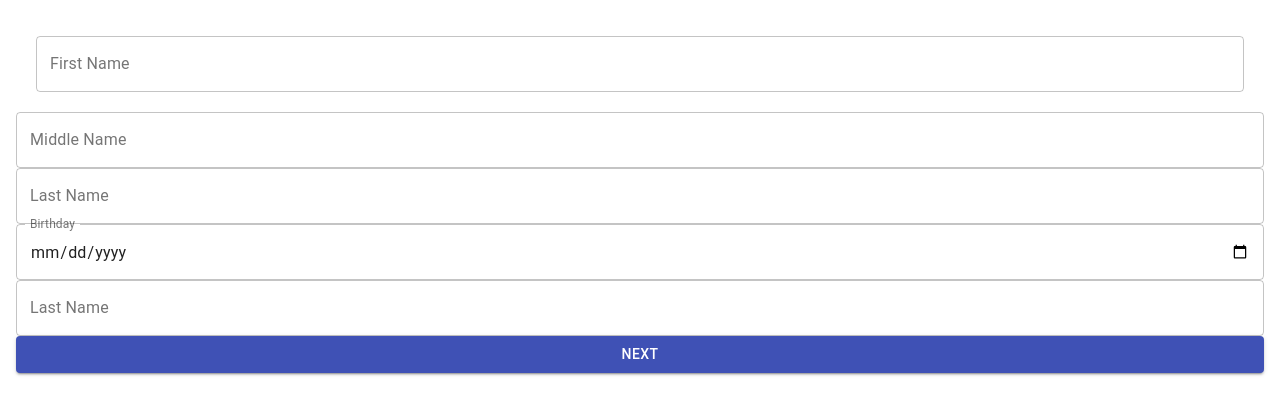
Repository: chathuraedirisingh/rr
Page: /
These files come from the project's save history. The page is drawn as it stood at one moment and after the next save; the edit follows.
The browser window is 1280 px wide. The pictures show the whole page.
The project was rebuilt for these pictures with package versions that can differ from the ones it lists, and the page was loaded fresh each time.

Above is the page before, as saved 2019-12-18 00:57:35.

### src/App.js
import React, { Component } from 'react'
import UserForm from './components/UserForm'

export default class App extends Component {
  render() {
    return (
      <UserForm />
    )
  }
}

### src/components/UserForm.js
import React, { Component } from 'react'
import FormPersonalDetails from './FormPersonalDetails';

export default class UserForm extends Component {
    state = {
        step: 1,
        firstname: "",
        middlename: "",
        lastname: "",
        birthday: '',
        ssn: "",
        email: "",
        phone: "",
        address: "",
        city: "",
        state: "",
        zip: "",
        employed: "",
        employer_name: "",
        job_title: "",
        emp_phone: "",
        income: "",
        start_date: "",
        income_ext: ""
    };

    nextStep = () => {
        const { step } = this.state;
        this.setState({
            step: step + 1
        });
        console.log(this.state);
    };

    prevStep = () => {
        const { step } = this.state;
        this.setState({
            step: step + 1
        });
    };

    handleChange = input => e => {
        this.setState({
            [input]: e.target.value
        });
    };

    render() {
        const { step } = this.state;
        const {
            firstname,
            middlename,
            lastname,
            birthday,
            ssn,

            email,
            phone,
            address,
            city,
            state,
            zip,

            employed,
            employer_name,
            job_title,
            emp_phone,
            income,
            start_date,
            income_ext
        } = this.state;

        const values = {
            firstname,
            middlename,
            lastname,
            birthday,
            ssn,
            email,
            phone,
            address,
            city,
            state,
            zip,
            employed,
            employer_name,
            job_title,
            emp_phone,
            income,
            start_date,
            income_ext
        };

        switch (step) {
            case 1:
                return (
                    <FormPersonalDetails
                        nextStep={this.nextStep}
                        handleChange={this.handleChange}
                        values={values}
                    />
                )
        }

        return (
            <div>

            </div>
        )
    }
}

### src/components/FormPersonalDetails.js
import React, { Component, Fragment, useState } from "react";
import { Button, TextField, Container, Box } from "@material-ui/core";


export default class FormPersonalDetails extends Component {
    continue = e => {
        e.preventDefault();
        this.props.nextStep();
    };

    render() {

        const { values, handleChange } = this.props;
        return (
            <Fragment>
                <div style={{ width: '100%' }}>
                    <Box display="flex"
                        flexDirection="column"
                        p={1} m={1}
                        bgcolor="background.paper">
                        <TextField
                            style={{margin: 20}}
                            label="First Name"
                            variant="outlined"
                            onChange={handleChange('firstname')}
                            defaultValue={values.firstname} />
                        <TextField

                            label="Middle Name"
                            variant="outlined"
                            onChange={handleChange('middlename')}
                            defaultValue={values.firstname} />
                        <TextField

                            label="Last Name"
                            variant="outlined"
                            onChange={handleChange('lastname')}
                            defaultValue={values.firstname} />
                        <TextField

                            id="date"
                            type="date"
                            label="Birthday"
                            variant="outlined"
                            onChange={handleChange('birthday')}
                            defaultValue={values.birthday}
                            InputLabelProps={{
                                shrink: true,
                            }} />

                        <TextField

                            // id="outlined-basic"
                            label="Last Name"
                            variant="outlined"
                            onChange={handleChange('ssn')}
                            defaultValue={values.ssn} />
                        <Button

                            variant="contained"
                            color="primary"
                            href="#contained-buttons"
                            onClick={this.continue} >Next</Button>
                    </Box>

                </div>
            </Fragment>
        )
    }
}

Loaded but not shown: public/index.html (common file); src/index.js (common file); src/index.css (common file); src/serviceWorker.js (common file)

After the next save:
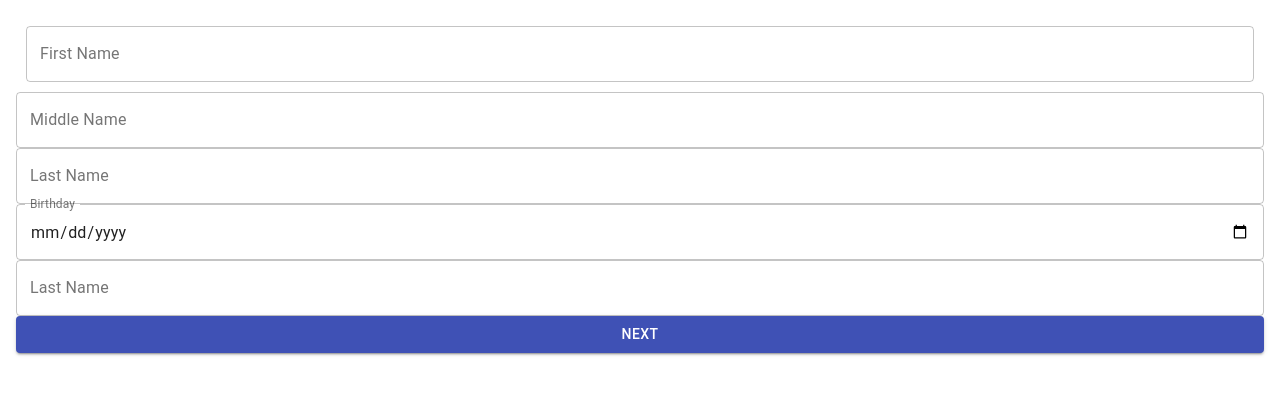
Saved 10 s later.
--- a/src/components/FormPersonalDetails.js
+++ b/src/components/FormPersonalDetails.js
@@ -19,7 +19,7 @@ export default class FormPersonalDetails extends Component {
                         p={1} m={1}
                         bgcolor="background.paper">
                         <TextField
-                            style={{margin: 20}}
+                            style={{margin: 10}}
                             label="First Name"
                             variant="outlined"
                             onChange={handleChange('firstname')}
